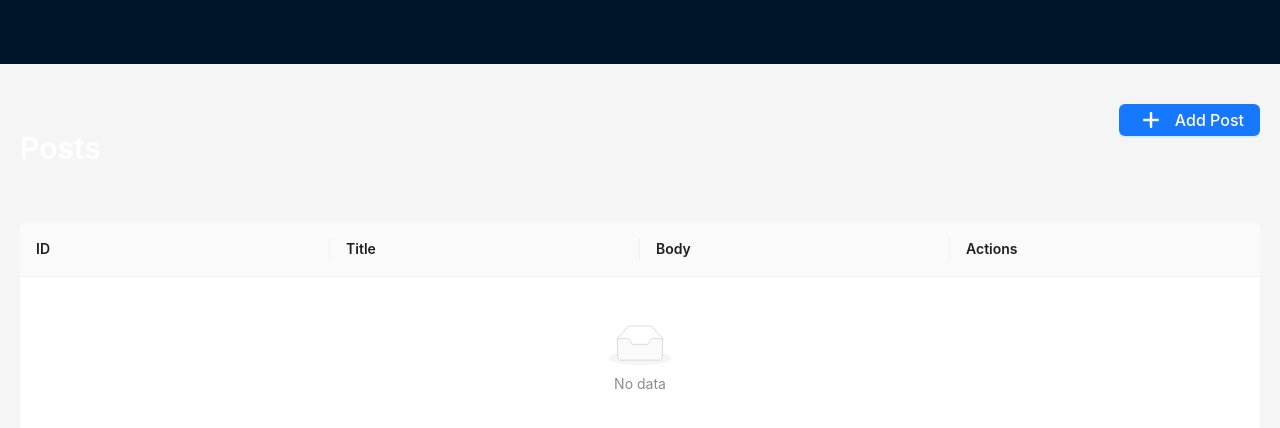
Repository: yasserrrz/Denamo-posts
Page: /
These files come from the project's save history. The page is drawn as it stood at one moment and after a run of saves; the edit follows.
The browser window is 1280 px wide. The pictures show the whole page.
The page's requests for data from a server got no answer. The project was rebuilt for these pictures with package versions that can differ from the ones it lists, and the page was loaded fresh each time. No one was signed in, and anything a server would have sent is missing. Also part of the build but not shown: src/components/PostForm.tsx.

Above is the page before, as saved 2024-11-28 16:01:36.

After the next 2 saves:
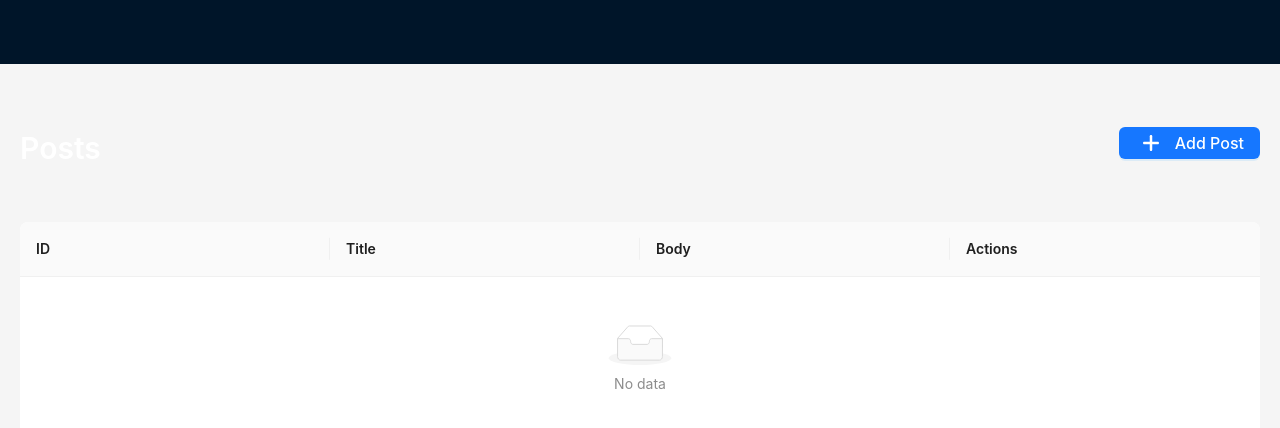
The 2 saves are shown as one change because they came seconds apart.
The last was saved 18 s later.
--- a/src/App.tsx
+++ b/src/App.tsx
@@ -18,7 +18,7 @@ const App: React.FC = () => {
       </Header>
 
       <Content style={{ padding: '20px' }}>
-         <div style={{marginTop: '20px ' , marginBottom: '20px' , display: 'flex', justifyContent: 'space-between' }}>
+         <div style={{marginTop: '20px ' , marginBottom: '20px' , display: 'flex', justifyContent: 'space-between' , alignItems: 'center' }}>
          <Title level={2} style={{ color: 'white' , textAlign: 'center' , }}>
           Posts
         </Title>
